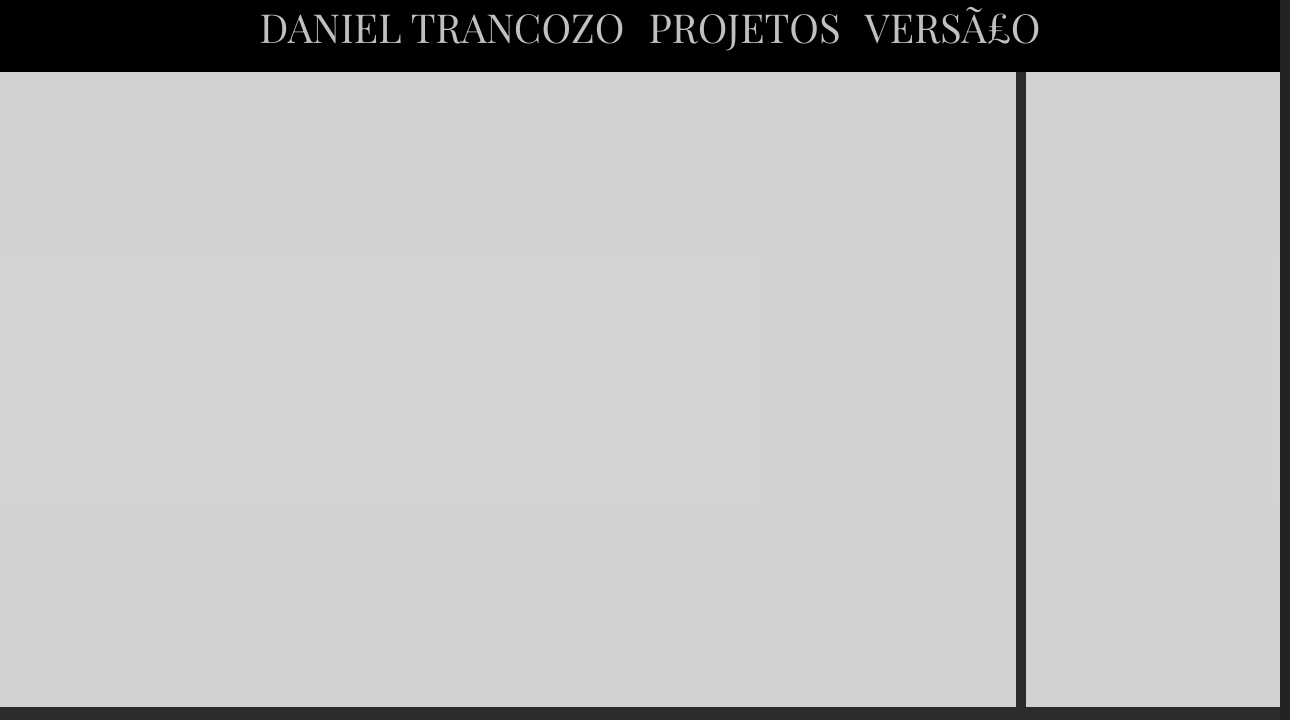
Repository: danieltrancozo/danieltrancozo.github.io
Page: index.html
The author's editor kept a copy of each file at every save. The page is drawn from the files as they stood at one save, then again after the next save.
The browser window is 1280 px wide. The page is 1280 px wide, then 1290 px, so the pictures cover 1290 px, including what lies to the right of the window. The pictures show the whole page.

Above is the page before, as saved 2021-05-05 19:02:15.

After the next save:
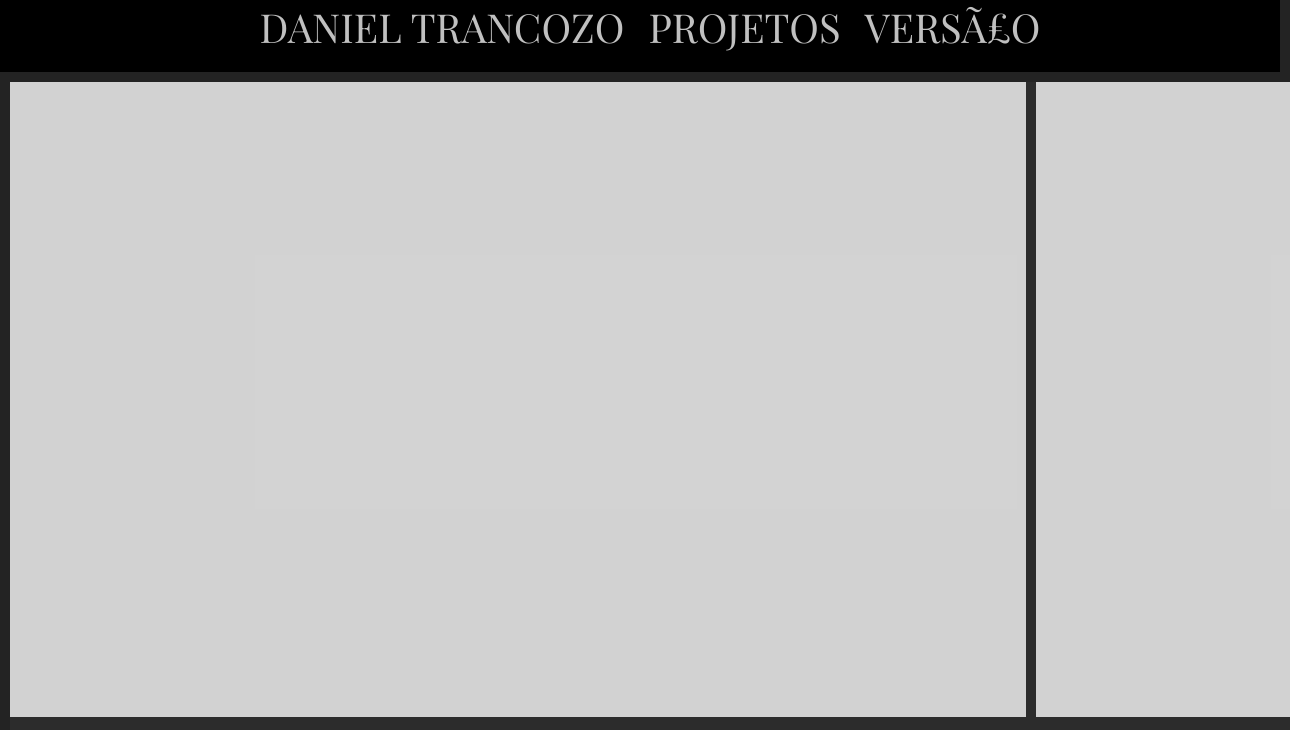
Saved 81 s later.
--- a/css/estilo3.css
+++ b/css/estilo3.css
@@ -54,9 +54,9 @@ body{
     grid-template-rows: 98%;
     grid-gap: 10px;
     grid-template-areas: "main aside";
+    margin: 10px;
 }
 main, aside{
-    top: 1%;
     background-color: rgba(233, 233, 233, 0.884);
     color: black;
 }
